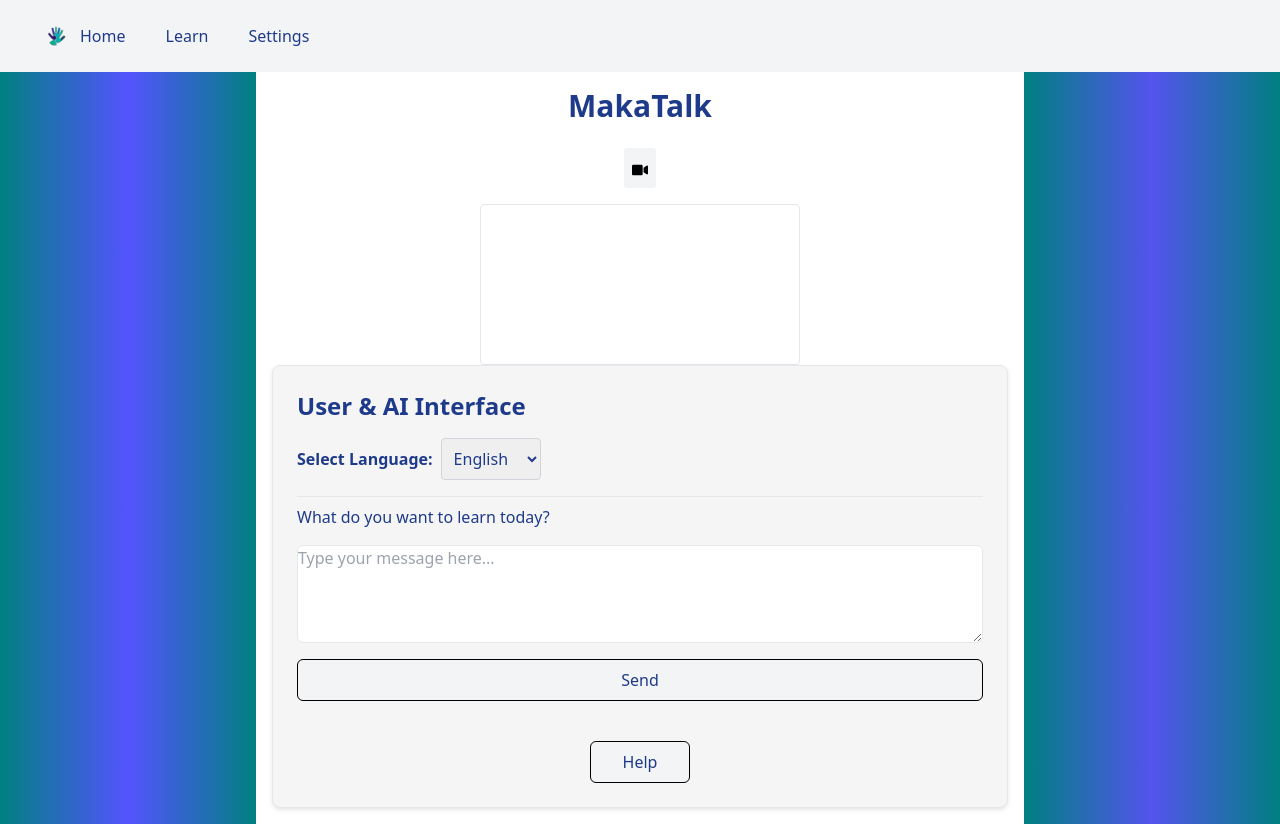
Repository: maria2469/MakaTalk
Page: /learn
The author's editor kept a copy of each file at every save. The page is drawn from the files as they stood at one save, then again after the next save.
The browser window is 1280 px wide. The pictures show the whole page.
The project was rebuilt for these pictures with package versions that can differ from the ones it lists, and the page was loaded fresh each time. Also part of the build but not shown: vite.config.js, src/components/LandingPage/Landing.jsx.

Above is the page before, as saved 2024-10-09 14:40:12.

### index.html
<!doctype html>
<html lang="en">
  <head>
    <meta charset="UTF-8" />
    <link rel="icon" type="image/svg+xml" href="/images/MakaTalkLogo.svg" />
    <meta name="viewport" content="width=device-width, initial-scale=1.0" />
    <title>MakaTalk</title>
  </head>
  <body>
    <div id="root"></div>
    <script type="module" src="/src/main.jsx"></script>
  </body>
</html>

### src/main.jsx

console.log('main.js loaded'); // Add this line


import { StrictMode } from 'react'
import { createRoot } from 'react-dom/client'
import App from './App.jsx'
import './index.css'

createRoot(document.getElementById('root')).render(
  <StrictMode>

    <App />
  </StrictMode>,
)

### src/App.jsx
import React from "react";
import { BrowserRouter as Router, Routes, Route } from "react-router-dom";
import Landing from "./components/LandingPage/Landing";
import Learn from "./components/Learn/Learn";

const App = () => {
  return (
    <Router>
      <Routes>
        <Route path="/" element={<Landing />} />
        <Route path="/learn" element={<Learn />} />
      </Routes>
    </Router>
  );
};

export default App;

### src/components/Learn/Learn.jsx
import React, { useState } from 'react';
import './learn.css';
import Navbar from '../LandingPage/Navbar';
import Webcam from './Webcam/Webcam';
import colorOptions from '../Choices/Colors/Colors';
import Help from './Help/Help';
import Language from '../Languagedropdown/Language';
import UserAiResponse from '../UserAiResponse/UserAiResponse';

const Learn = () => {
    const [userInput, setUserInput] = useState('');
    const [selectedImage, setSelectedImage] = useState(null);
    const [instructions, setInstructions] = useState('');
    const [aiResponse, setAiResponse] = useState('What do you want to learn today?');
    const [step, setStep] = useState(0);

    const handleInputChange = (event) => setUserInput(event.target.value.toLowerCase().trim());

    const handleSubmit = () => {
        const colorData = colorOptions[userInput];
        if (!userInput) return setAiResponse("Please enter a color or a question.");

        if (step === 0 && userInput.includes('color')) {
            setAiResponse('Great! Which color do you want to learn?');
            return setStep(1);
        }

        if (colorData) {
            setSelectedImage(colorData.image);
            setInstructions(colorData.instructions);
            setAiResponse(`Here's how to sign ${userInput}:`);
            setStep(2);
        } else {
            setAiResponse("Sorry, I don't have information on that color.");
        }

        setUserInput('');
    };

    return (
        <div className="learn-container">
            <Navbar />
            <div className="main-content flex">
                <div className="left-section bg-color-1"></div>
                <div className="center-section flex flex-col items-center justify-center">
                    <h1 className="text-blue-900 text-3xl font-bold text-center mb-6">MakaTalk</h1>
                    <Webcam />
                    <div className="interface-card">
                        <h2 className="text-2xl font-bold mb-4">User & AI Interface</h2>
                        <Language />
                        <UserAiResponse
                            aiResponse={aiResponse}
                            userInput={userInput}
                            onInputChange={handleInputChange}
                            onSubmit={handleSubmit}
                        />
                        <Help setUserInput={setUserInput} />
                        {selectedImage && (
                            <div className="mt-4">
                                <img src={selectedImage} alt="Selected" className="w-full mt-4" />
                                <p>{instructions}</p>
                            </div>
                        )}
                    </div>
                </div>
                <div className="right-section bg-color-2"></div>
            </div>
        </div>
    );
}

export default Learn;

### src/components/LandingPage/Navbar.jsx
import React from 'react';

const Navbar = () => {
  return (
    <div className="flex items-center justify- p-3 bg-gray-100 text-blue-900">
      <img src="/images/MakaTalkLogo.svg" alt="Logo" className="h-12 w-auto ml-5 justify-center" /> {/* Logo aligned to the extreme left */}
      <div className="flex space-x-10 mr-2 justify-center">
        <p className="cursor-pointer hover:text-black">Home</p>
        <p className="cursor-pointer hover:text-black">Learn</p>
        <p className="cursor-pointer hover:text-black">Settings</p>
      </div>
    </div>
  );
}

export default Navbar;

### src/components/Learn/Learn.css
:root {
  --primary-color: #3b82f6; /* Blue */
  --primary-hover: #2563eb; /* Darker blue on hover */
  --background-color: #ffffff; /* White */
  --light-gray: #e5e7eb; /* Light gray */
  --gradient-left: linear-gradient(to right, teal, rgba(48, 48, 255, 0.827), teal);
  --gradient-right: linear-gradient(to right, teal, rgba(47, 47, 234, 0.822), teal);
}

.learn-container {
  display: flex;
  flex-direction: column;
  height: 100vh; /* Full viewport height */
}

.main-content {
  display: flex;
  flex: 1; /* Allow main content to fill the remaining space */
  position: relative; /* Set relative positioning */
}

.left-section,
.right-section {
  width: 20%; /* Each side section takes up 20% of the width */
  display: flex;
  align-items: center;
  justify-content: center;
  color: #1e3a8a; /* Set text color to blue-900 */
}

.left-section {
  background: var(--gradient-left); /* Light to dark blue gradient */
}

.right-section {
  background: var(--gradient-right); /* Darker blue gradient */
}

.center-section {
  width: 60%;
  display: flex;
  flex-direction: column;
  align-items: center;
  justify-content: center; /* Vertically center the content */
  background-color: var(--background-color);
  padding: 1rem;
  height: 100%; /* Ensure it takes full height of the container */
  color: #1e3a8a; /* Set text color to blue-900 */
}

h1 {
  text-align: center; /* Center the text horizontally */
  margin: 0; /* Reset margin to avoid unnecessary space */
}

.interface-card {
  padding: 1.5rem;
  border: 1px solid var(--light-gray);
  border-radius: 0.5rem;
  box-shadow: 0 2px 4px rgba(0, 0, 0, 0.1);
  width: 100%;
  height: auto; /* Adjust height so the content fits without scrolling */
  background-color: #F5F5F5;
  color: #1e3a8a; /* Set text color to blue-900 */
}

textarea {
  border: 1px solid var(--light-gray);
  padding: 0.5rem;
  border-radius: 0.375rem;
  width: 100%; /* Full width */
  color: #1e3a8a; /* Set text color to blue-900 */
}

/* Button container for the row */
.button-row {
  display: flex;
  gap: 1rem; /* Space between the buttons */
  margin-top: 1rem; /* Space above the buttons */

}

.send-button, .help-button {
  background-color: var(--primary-color);
  color: white;
  border: none;
  border-radius: 8px;
  padding: 12px 24px;
  font-size: 16px;
  cursor: pointer;
  transition: background-color 0.3s ease, transform 0.2s ease;
}

.send-button:hover, .help-button:hover {
  background-color: var(--primary-hover);
  transform: translateY(-2px); /* Slight lift effect */
}

.ai-response {
  margin-top: 1rem;
  border-top: 1px solid var(--light-gray);
  padding-top: 0.5rem;
  color: #1e3a8a; /* Set text color to blue-900 */
}

/* Common button styling */
.common-button {
  background-color: #f3f4f6; /* Gray-100 */
  border: 1px solid black; /* Black border */
  color: #1e3a8a; /* Set text color to blue-900 */
  padding: 0.5rem 2rem; /* Padding */
  border-radius: 0.375rem; /* Rounded corners */
  cursor: pointer; /* Pointer cursor */
  transition: background-color 0.3s ease; /* Smooth transition */
}

.common-button:hover {
  background-color: #1e40af; /* Blue-900 on hover */
  color: white; /* Optional: change text color on hover */
}

/* Responsive Design */
@media (max-width: 768px) {
  .left-section,
  .right-section,
  .center-section {
      width: 100%; /* Full width on small screens */
      padding: 0.5rem;
  }

  .main-content {
      flex-direction: column; /* Stack sections vertically */
  }

  .button-row {
      flex-direction: column; /* Stack buttons vertically on smaller screens */
      gap: 0.5rem;
  }
}

### src/components/Learn/Webcam/Webcam.jsx
import React, { useRef, useState } from 'react';
import { FaVideo } from 'react-icons/fa'; // Import a webcam icon from react-icons

const Webcam = () => {
  const videoRef = useRef(null); // Reference for the video element
  const [isVideoEnabled, setIsVideoEnabled] = useState(false); // State to manage video feed

  const handleWebcamToggle = async () => {
    if (!isVideoEnabled) {
      try {
        // Request access to the user's webcam
        const stream = await navigator.mediaDevices.getUserMedia({ video: true });
        videoRef.current.srcObject = stream; // Set the video stream to the video element
        videoRef.current.play();
        setIsVideoEnabled(true); // Update state to indicate that the video is enabled
      } catch (err) {
        console.error("Error accessing webcam:", err);
      }
    } else {
      // Stop the video stream
      const stream = videoRef.current.srcObject;
      const tracks = stream.getTracks();
      tracks.forEach(track => track.stop()); // Stop each track
      videoRef.current.srcObject = null; // Clear the video source
      setIsVideoEnabled(false); // Update state to indicate that the video is disabled
    }
  };

  return (
    <div className="flex flex-col items-center">
      <button
        onClick={handleWebcamToggle}
        className="mb-4 p-2 bg-gray-100 text-black rounded hover:bg-gray-200" // Updated classes
      >
        <FaVideo className="inline-block text-black" /> {/* Set icon color to black */}
      </button>
      <video ref={videoRef} className="border rounded" width="320" height="240" autoPlay muted />
    </div>
  );
};

export default Webcam;

### src/components/Choices/Colors/Colors.jsx
// Colors.js
const colorOptions = {
    black: {
        image: './images/BlackSIG.svg', // Ensure this path is correct
        instructions: 'To sign black, hold your hand flat and move it across your chest.',
    },
    blue: {
        image: './images/BlueSIG.svg', // Ensure this path is correct
        instructions: 'To sign blue, wave your hand near your chest.',
    },
    brown: {
        image: './images/BrownSIG.svg', // Ensure this path is correct
        instructions: 'To sign brown, use a flat hand and tap it on your forehead.',
    },
    gold: {
        image: './images/GoldSIG.svg', // Ensure this path is correct
        instructions: 'To sign gold, touch your fingers to your chin and move down.',
    },
    green: {
        image: './images/GreenSIG.svg', // Ensure this path is correct
        instructions: 'To sign green, point your finger up and wiggle it.',
    },
    grey: {
        image: './images/GreySIG.svg', // Ensure this path is correct
        instructions: 'To sign grey, make a “G” shape with your hand.',
    },
    orange: {
        image: './images/OrangeSIG.svg', // Ensure this path is correct
        instructions: 'To sign orange, use a fist and tap it on your side.',
    },
    pink: {
        image: './images/PinkSIG.svg', // Ensure this path is correct
        instructions: 'To sign pink, extend your pinky finger and wave it.',
    },
    purple: {
        image: './images/PurpleSIG.svg', // Ensure this path is correct
        instructions: 'To sign purple, move your hand in a circular motion.',
    },
    red: {
        image: './images/RedSIG.svg', // Ensure this path is correct
        instructions: 'To sign red, extend your hand and touch your chin.',
    },
    silver: {
        image: './images/SilverSIG.svg', // Ensure this path is correct
        instructions: 'To sign silver, make a fist and tap it on your wrist.',
    },
    white: {
        image: './images/WhiteSIG.svg', // Ensure this path is correct
        instructions: 'To sign white, wave your hand in front of your chest.',
    },
    yellow: {
        image: './images/YellowSIG.svg', // Ensure this path is correct
        instructions: 'To sign yellow, make a “Y” shape with your hand and shake it.',
    },
    // Add more colors and their corresponding images and instructions as needed
};

export default colorOptions;

### src/components/Learn/Help/Help.jsx
import React, { useState } from 'react';
import GifStore from '../../GifStore/GifStore';

const Help = () => {
  const [isOpen, setIsOpen] = useState(false);
  const [helpOption, setHelpOption] = useState('');
  const [selectedGif, setSelectedGif] = useState('');

  const toggleHelpMenu = () => {
    setIsOpen((prev) => !prev);
    if (!isOpen) {
      setHelpOption(''); // Reset when closing
      setSelectedGif('');
    }
  };

  const handleOptionSelect = (option) => {
    setHelpOption(option);
    setIsOpen(false);
  };

  const handleColorSelect = (color) => {
    const gif = GifStore.getGif(color);
    setSelectedGif(gif || '');
    if (!gif) console.error(`GIF not found for the color: ${color}`);
  };

  const renderHelpOptions = () => (
    <div className="help-options bg-white border rounded shadow-md mt-2 p-4">
      <h3 className="font-bold mb-2">Select Help Option:</h3>
      {['AI', 'GIFs'].map((option) => (
        <button key={option} className="common-button" onClick={() => handleOptionSelect(option)}>
          Help from {option}
        </button>
      ))}
    </div>
  );

  const renderGifHelp = () => (
    <div className="gif-help mt-4">
      <h4 className="font-bold">Select a color for GIF help:</h4>
      {GifStore.colorGifs && Object.keys(GifStore.colorGifs).length > 0 ? (
        Object.keys(GifStore.colorGifs).map((color) => (
          <button key={color} className="common-button m-1" onClick={() => handleColorSelect(color)}>
            {color.charAt(0).toUpperCase() + color.slice(1)}
          </button>
        ))
      ) : (
        <p>No GIFs available. Please check GifStore configuration.</p>
      )}
      {selectedGif && <img src={selectedGif} alt="Color GIF" className="mt-2 w-full" />}
    </div>
  );

  return (
    <div className="flex flex-col items-center mt-10">
      <button className="common-button" onClick={toggleHelpMenu}>Help</button>
      {isOpen && renderHelpOptions()}
      {helpOption === 'GIFs' && renderGifHelp()}
    </div>
  );
};

export default Help;

### src/components/Languagedropdown/Language.jsx
import React, { useState } from 'react';

const Language = () => {
  const [selectedLanguage, setSelectedLanguage] = useState('en'); // Default to English

  // Define the available languages
  const languages = [
    { code: 'en', label: 'English' },
    { code: 'es', label: 'Spanish' },
    { code: 'fr', label: 'French' },
    { code: 'de', label: 'German' },
    { code: 'zh', label: 'Chinese' },
    // Add more languages as needed
  ];

  // Handle language selection
  const handleLanguageChange = (event) => {
    setSelectedLanguage(event.target.value);
    // Here you can also integrate the selected language with your text-to-speech functionality
  };

  return (
    <div className="language-dropdown">
      <label htmlFor="languageSelect" className="font-bold mr-2">
        Select Language:
      </label>
      <select
        id="languageSelect"
        value={selectedLanguage}
        onChange={handleLanguageChange}
        className="border border-gray-300 rounded p-2"
      >
        {languages.map((lang) => (
          <option key={lang.code} value={lang.code}>
            {lang.label}
          </option>
        ))}
      </select>
    </div>
  );
};

export default Language;

### src/components/UserAiResponse/UserAiResponse.jsx
import React from 'react';

const UserAiResponse = ({ aiResponse, userInput, onInputChange, onSubmit }) => {
    return (
        <div className="flex flex-col">
            <div className="ai-response mb-4">
                {/* Remove or comment out the label */}
                {/* <h3 className="font-bold">AI Response:</h3> */}
                <p>{aiResponse}</p>
            </div>
            <textarea
                placeholder="Type your message here..."
                rows="4"
                value={userInput}
                onChange={onInputChange}
            />
            <button className="common-button mt-4" onClick={onSubmit}>
                Send
            </button>
        </div>
    );
}

export default UserAiResponse;

### src/components/GifStore/GifStore.jsx
const colorGifs = {
  black: '/gifs/black.gif',
  blue: '/gifs/blue.gif',
  brown: '/gifs/brown.gif',
  gold: '/gifs/gold.gif',
  green: '/gifs/green.gif',
  grey: '/gifs/grey.gif',
  orange: '/gifs/orange.gif',
  pink: '/gifs/pink.gif',
  purple: '/gifs/purple.gif',
  red: '/gifs/red.gif',
  silver: '/gifs/silver.gif',
  white: '/gifs/white.gif',
  yellow: '/gifs/yellow.gif',
};

// Export the GIFs and any necessary functions
const GifStore = {
  colorGifs, // Ensure this is properly exported
  getGif: (color) => {
    if (colorGifs[color]) {
      return colorGifs[color];
    } else {
      console.warn(`No GIF found for color: ${color}`); // Add warning for unmatched colors
      return null;
    }
  },
};

export default GifStore;

Loaded but not shown: src/index.css (common file); tailwind.config.js (common file)

After the next save:
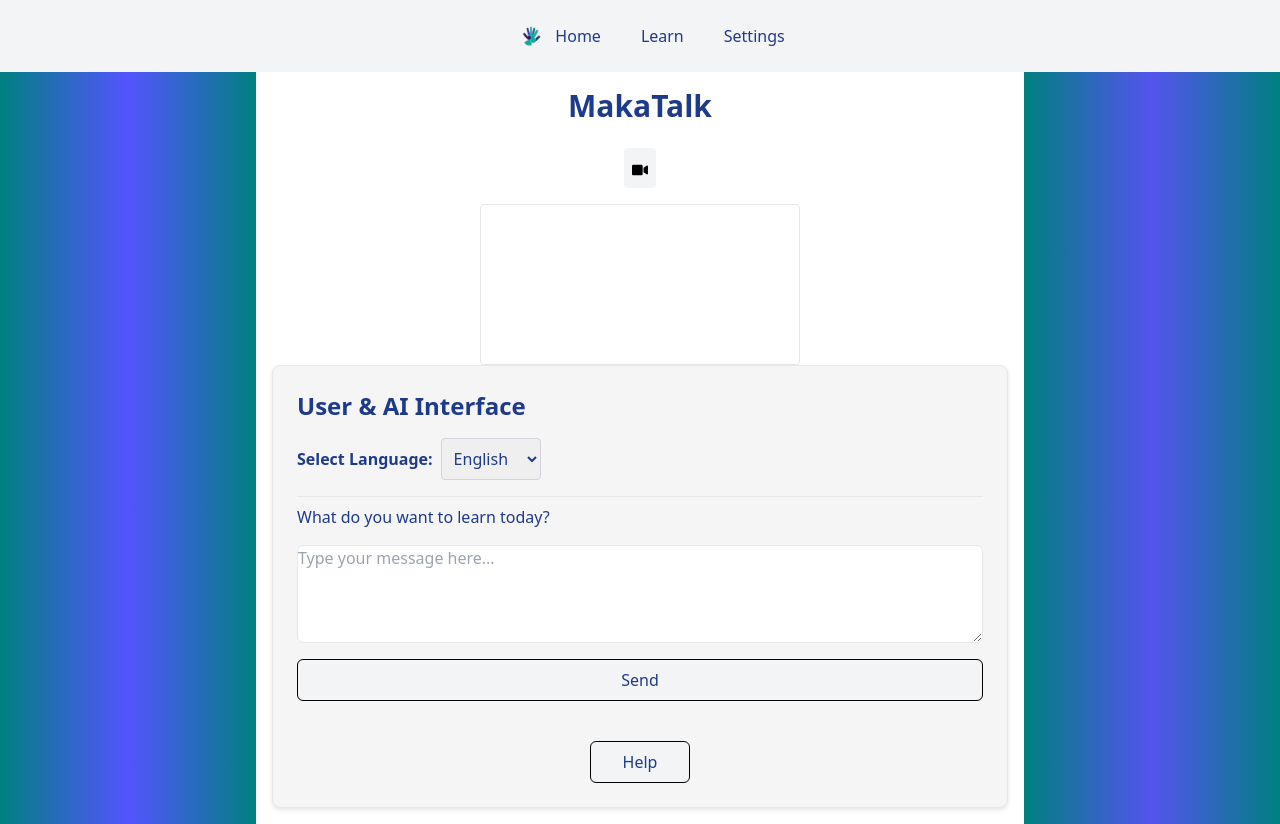
Saved 5 s later.
--- a/src/components/LandingPage/Navbar.jsx
+++ b/src/components/LandingPage/Navbar.jsx
@@ -2,7 +2,7 @@ import React from 'react';
 
 const Navbar = () => {
   return (
-    <div className="flex items-center justify- p-3 bg-gray-100 text-blue-900">
+    <div className="flex items-center justify-center p-3 bg-gray-100 text-blue-900">
       <img src="/images/MakaTalkLogo.svg" alt="Logo" className="h-12 w-auto ml-5 justify-center" /> {/* Logo aligned to the extreme left */}
       <div className="flex space-x-10 mr-2 justify-center">
         <p className="cursor-pointer hover:text-black">Home</p>
